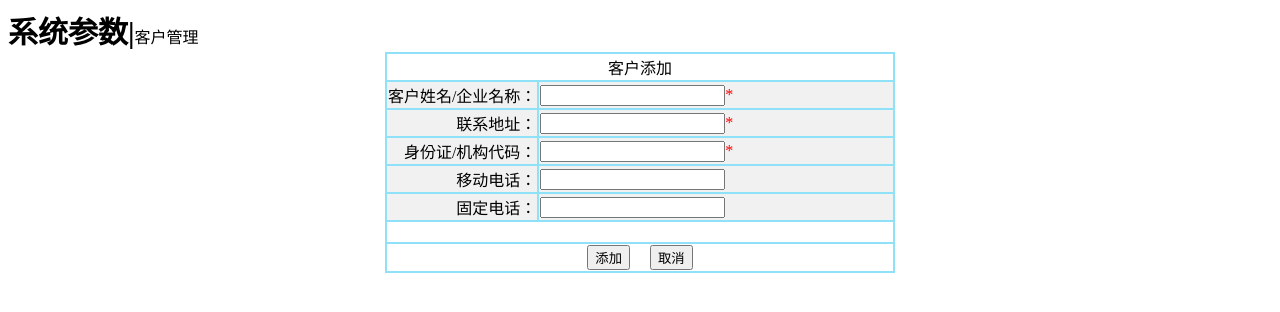
Repository: yuxingyan/OneCrewFlour
Page: http://localhost/Flour/addclient.jsp
An editor plug-in stored every save of this project. The page is shown before and after the next save, followed by the edit.
The browser window is 1280 px wide. The pictures show the whole page.
The page is served by Tomcat 9. Nobody is signed in. The application's start-up code is not run. Other server files are loaded and not shown.

Above is the page before, as saved 2018-01-11 07:31:41.

### Flour/WebRoot/addclient.jsp
<%@ page language="java" import="java.util.*" pageEncoding="utf-8"%>
<%
String path = request.getContextPath();
String basePath = request.getScheme()+"://"+request.getServerName()+":"+request.getServerPort()+path+"/";
%>

<!DOCTYPE HTML PUBLIC "-//W3C//DTD HTML 4.01 Transitional//EN">
<html>
  <head>
    <base href="<%=basePath%>">

    <title>My JSP 'addclient.jsp' starting page</title>

	<meta http-equiv="pragma" content="no-cache">
	<meta http-equiv="cache-control" content="no-cache">
	<meta http-equiv="expires" content="0">
	<meta http-equiv="keywords" content="keyword1,keyword2,keyword3">
	<meta http-equiv="description" content="This is my page">
	<!--
	<link rel="stylesheet" type="text/css" href="styles.css">
	-->
	 <script type="text/javascript">
   function Check(){

   var n1=document.getElementById("name").value;
   var n2=document.getElementById("address").value;
  var n3=document.getElementById("idcard").value;
  var n4=document.getElementById("phone").value;
    var n5=document.getElementById("homephone").value;
   var erroring="";

  if(n1==""||n1==null){
  erroring+="无效的客户名称!"+'\n';
  }
  if(n2==""||n1==null){
  erroring+="无效的联系地址!"+'\n';
  }
  if(n3==""||n1==null){
  erroring+="无效的身份证!"+'\n';
  }

  if(n4==""||n1==null){
  erroring+="无效的移动电话!"+'\n';
  }
   if(n4==""||n1==null){
  erroring+="无效的固定电话!"+'\n';
  }
  if(erroring.length!=0){
  alert(erroring);
  return false;


  }else{
     document.form1.submit();

  }



 }

   </script>

  </head>

  <body>
     <strong style="font-size:30px">系统参数|</strong>客户管理
    <form action="addclient" id="form1" name="form1">

     <center>
    <table border="1px" cellspacing="0"
	 bordercolor="#8EE1F6">

       <tr>
       <td  style="text-align:center"  colspan="2">
                         客户添加
       </td>
       </tr>

        <tr>
        <td width="30%"align="right" nowrap="nowrap" bgcolor="#f1f1f1">客户姓名/企业名称：</td>
       <td bgcolor="#f1f1f1">
         <input name="client.clientname"  type="text" id="name"/><span style="color:red">*</span>
       </td>
       </tr>

        <tr>
         <td width="30%" align="right" nowrap="nowrap" bgcolor="#f1f1f1">联系地址：</td>
        <td bgcolor="#f1f1f1">
           <input name="client.address" type="text" id="address"/><span style="color:red">*</span>
       </td>
       </tr>

        <tr>
         <td width="30%" align="right" nowrap="nowrap" bgcolor="#f1f1f1">身份证/机构代码：</td>
       <td bgcolor="#f1f1f1">
        <input name="client.idcard" type="text" id="idcard"/><span style="color:red">*</span>
       </td>
       </tr>
          <tr>
           <td width="30%" align="right" nowrap="nowrap" bgcolor="#f1f1f1">移动电话：</td>
       <td bgcolor="#f1f1f1">
      <input name="client.phone" type="text" id="phone"/>
       </td>
       </tr>
          <tr>
          <td  width="30%" align="right" nowrap="nowrap" bgcolor="#f1f1f1">固定电话：</td>
       <td bgcolor="#f1f1f1">
        <input name="client.homephone" type="text" id="homephone"/>
       </td>
       </tr>


     <tr>
     <td  colspan="2">&nbsp</td>
     </tr>


      <tr>
     <td  align="center"   colspan="2">
       <input type="button" onclick="Check();"  value="添加" /> &nbsp;&nbsp;&nbsp;&nbsp;<input type="button" value="取消"/>
     </td>
     </tr>
    </table>
    </center>
    </form>
  </body>
</html>

After the next save:
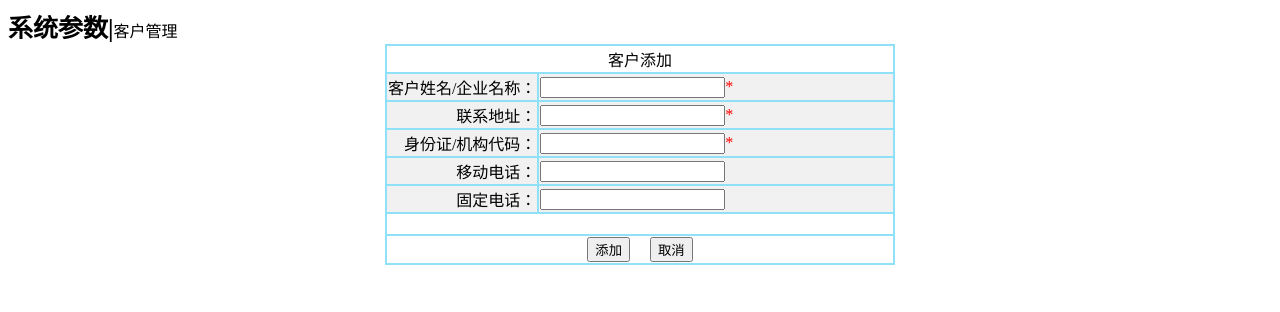
Saved 7 s later.
--- a/Flour/WebRoot/addclient.jsp
+++ b/Flour/WebRoot/addclient.jsp
@@ -64,7 +64,7 @@ String basePath = request.getScheme()+"://"+request.getServerName()+":"+request.
   </head>
 
   <body>
-     <strong style="font-size:30px">系统参数|</strong>客户管理
+     <strong style="font-size:25px">系统参数|</strong>客户管理
     <form action="addclient" id="form1" name="form1">
 
      <center>
